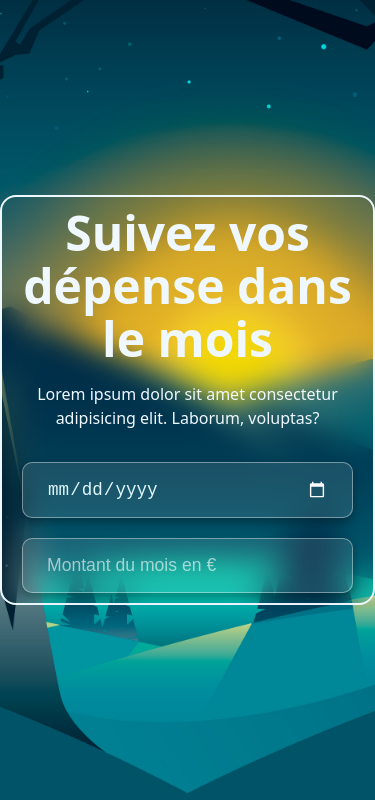
Repository: Alexandre74739/depense-react
Page: /
An editor plug-in stored every save of this project. The page is shown before and after the next save, followed by the edit.
The browser window is 375 px wide. The pictures show the whole page.
The project was rebuilt for these pictures with package versions that can differ from the ones it lists, and the page was loaded fresh each time. Also part of the build but not shown: vite.config.js.

Above is the page before, as saved 2025-11-21 19:33:40.

### index.html
<!doctype html>
<html lang="en">
  <head>
    <meta charset="UTF-8" />
    <link rel="icon" type="image/svg+xml" href="/vite.svg" />
    <meta name="viewport" content="width=device-width, initial-scale=1.0" />
    <title>depense</title>
  </head>
  <body>
    <div id="root"></div>
    <script type="module" src="/src/main.jsx"></script>
  </body>
</html>

### src/index.css
:root {
  font-family: system-ui, Avenir, Helvetica, Arial, sans-serif;
  line-height: 1.5;
  font-weight: 400;

  color-scheme: light dark;
  color: rgba(255, 255, 255, 0.87);
  background-color: #242424;

  font-synthesis: none;
  text-rendering: optimizeLegibility;
  -webkit-font-smoothing: antialiased;
  -moz-osx-font-smoothing: grayscale;
}

body {
  margin: 0;
  display: flex;
  place-items: center;
  min-width: 320px;
  min-height: 100vh;
}

### src/App.jsx
import { useState, useCallback } from 'react'
import './App.css'
import Compteur from './Compteur'

function App() {
  const [count, setCount] = useState(0)

  return (
    <>
      <div className="container">
        <h1>Suivez vos dépense dans le mois</h1>
        <p>Lorem ipsum dolor sit amet consectetur adipisicing elit. Laborum, voluptas?</p>
        <Compteur />
      </div>
    </>
  )
}

export default App

### src/App.css
:root {
  height: 100%;
}

body {
  background-image: url(src/assets/img-background.jpg);
  background-position: center;
  background-repeat: no-repeat;
  background-size: cover;
  margin: 0;
  color: aliceblue;
}

.container {
  text-align: center;
  background-color: transparent;
  border: 2px solid aliceblue;
  border-radius: 16px;
  backdrop-filter: blur(15px);
  padding: 20px 40px;
  transition: all 0.3s ease-in;

  h1 {
    font-size: 3rem;
    line-height: 1.1;
    margin: 0;
  }
}

@media (max-width: 400px) {
  .container {
    padding: 10px 20px;
  }
}

### src/Compteur.jsx
import { useCallback, useState } from "react";
import './Compteur.css';

function Compteur() {
    return (
        <div className="compteur-controls">
            <input type="date" />
            <input type="number" placeholder="Montant du mois en €"
            />
        </div>
    )
}

export default Compteur;

### src/Compteur.css
.compteur-controls {
    display: flex;
    justify-content: center;
    gap: 20px;
    margin-top: 2rem;
    width: 100%;
}

.compteur-controls input {
    padding:16px 24px;
    font-size: 1.25rem;
    border-radius: 10px;
    background-color: rgba(255, 255, 255, 0.1);
    border: 1px solid rgba(255, 255, 255, 0.4);
    color: var(--color-text, #e0f7fa);
    box-shadow: 0 4px 10px rgba(0, 0, 0, 0.3);
    transition: all 0.3s ease;
    -webkit-appearance: none;
    -moz-appearance: none;
    appearance: none;
    flex-grow: 1;
    box-sizing: border-box;
    max-width: 450px;
}


.compteur-controls input[type="date"]::-webkit-calendar-picker-indicator {
    filter: invert(1);
}

.compteur-controls input:focus {
    outline: none;
    border-color: var(--color-primary, #8aa9ff);
    background-color: rgba(255, 255, 255, 0.2);
    box-shadow: 0 0 15px var(--color-primary, #8aa9ff);
}

.compteur-controls input::placeholder {
    color: rgba(255, 255, 255, 0.6);
}

@media (max-width: 768px) {
    .compteur-controls {
        flex-direction: column;
        align-items: stretch;
    }

    .compteur-controls input {
        width: 100%;
        flex-grow: 0;
        min-width: auto;
        font-size: 1.1rem;
    }
}

Loaded but not shown: src/main.jsx (common file)

After the next save:
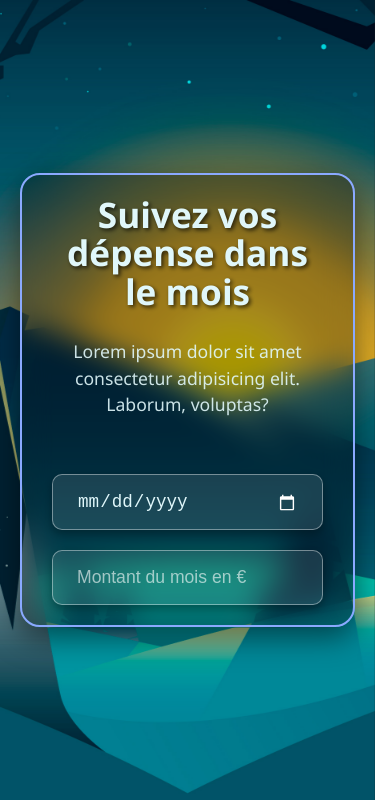
Saved 6 min 43 s later.
--- a/src/App.css
+++ b/src/App.css
@@ -1,34 +1,81 @@
+/* =================================
+   STYLES GÉNÉRAUX ET FOND
+   ================================= */
+
 :root {
-  height: 100%;
+  /* Meilleur endroit pour les variables de design */
+  --color-primary: #8aa9ff; /* Bleu doux */
+  --color-text: #e0f7fa;   /* Bleu très pâle, presque blanc */
+  --color-background: #1e3a8a; /* Bleu foncé pour le fond (si pas d'image) */
+  --blur-intensity: 15px;
 }
 
+/* Assure que le body prend toute la hauteur du viewport et supprime le margin par défaut */
 body {
+  margin: 0;
+  min-height: 100vh; /* Utiliser 100vh pour garantir la hauteur de l'écran */
+  color: var(--color-text);
+  font-family: 'Segoe UI', Tahoma, Geneva, Verdana, sans-serif; /* Police moderne */
+
+  /* Styles de l'image de fond */
   background-image: url(src/assets/img-background.jpg);
   background-position: center;
   background-repeat: no-repeat;
   background-size: cover;
-  margin: 0;
-  color: aliceblue;
+  background-attachment: fixed; /* Rend l'effet plus agréable lors du défilement */
 }
 
+
+/* =================================
+   STYLES DU CONTENEUR PRINCIPAL
+   ================================= */
+
 .container {
+  /* Centrage parfait au milieu de la page */
+  display: flex;
+  flex-direction: column;
+  justify-content: center;
+  align-items: center;
+  min-height: 100vh; /* Permet le centrage vertical */
+
+  /* Style de la carte */
   text-align: center;
-  background-color: transparent;
-  border: 2px solid aliceblue;
-  border-radius: 16px;
-  backdrop-filter: blur(15px);
-  padding: 20px 40px;
+  background-color: rgba(0, 0, 0, 0.3); /* Fond légèrement transparent pour la profondeur */
+  border: 2px solid var(--color-primary);
+  border-radius: 20px; /* Légèrement plus arrondi */
+  backdrop-filter: blur(var(--blur-intensity));
+  padding: 30px 50px; /* Augmenter le padding */
+  box-shadow: 0 10px 30px rgba(0, 0, 0, 0.5); /* Ombre plus marquée */
   transition: all 0.3s ease-in;
+}
 
-  h1 {
-    font-size: 3rem;
-    line-height: 1.1;
-    margin: 0;
+.container h1 {
+  font-size: 3.5rem; /* Plus grand */
+  line-height: 1.1;
+  margin: 0 0 10px 0; /* Marge en bas */
+  text-shadow: 2px 2px 4px rgba(0, 0, 0, 0.7); /* Donne du relief au titre */
+}
+
+.container p {
+    font-size: 1.1rem;
+    max-width: 450px;
+    margin-bottom: 25px;
+    opacity: 0.9;
+}
+
+/* =================================
+   MÉDIA QUERIES
+   ================================= */
+
+@media (max-width: 600px) {
+  .container {
+    padding: 20px 30px;
+    /* Supprimer le centrage vertical sur mobile pour un meilleur défilement */
+    min-height: auto;
+    margin: 20px; /* Ajouter un peu de marge autour sur petit écran */
+  }
+
+  .container h1 {
+    font-size: 2.2rem;
   }
 }
-
-@media (max-width: 400px) {
-  .container {
-    padding: 10px 20px;
-  }
-}
